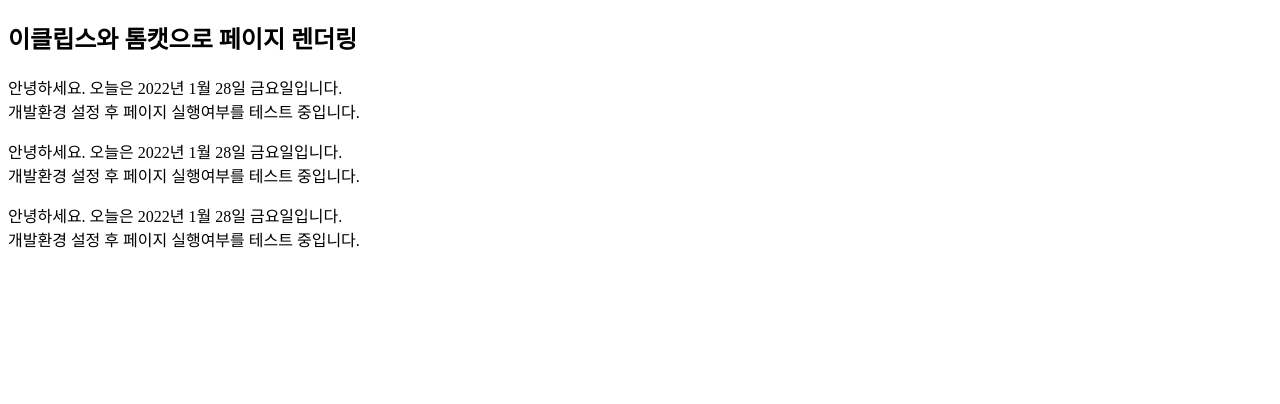
Repository: KindRichMan/jsp_practice
Page: http://localhost/JSPBasic/Hello.jsp
An editor plug-in stored every save of this project. The page is shown before and after the next save, followed by the edit.
The browser window is 1280 px wide. The pictures show the whole page.
The page is served by Tomcat 9.

Above is the page before, as saved 2022-01-28 02:05:20.

### JSPBasic/src/main/webapp/Hello.jsp
<%@ page language="java" contentType="text/html; charset=UTF-8"
    pageEncoding="UTF-8"%>
<!DOCTYPE html>
<html>
<head>
<meta charset="UTF-8">
<title>Insert title here</title>
</head>
<body>


   <h2>이클립스와 톰캣으로 페이지 렌더링</h2>
   <p>
      안녕하세요. 오늘은 2022년 1월 28일 금요일입니다.<br/>
      개발환경 설정 후 페이지 실행여부를 테스트 중입니다.
   </p>
    <p>
      안녕하세요. 오늘은 2022년 1월 28일 금요일입니다.<br/>
      개발환경 설정 후 페이지 실행여부를 테스트 중입니다.
   </p>
    <p>
      안녕하세요. 오늘은 2022년 1월 28일 금요일입니다.<br/>
      개발환경 설정 후 페이지 실행여부를 테스트 중입니다.
   </p>
</body>

</html>

After the next save:
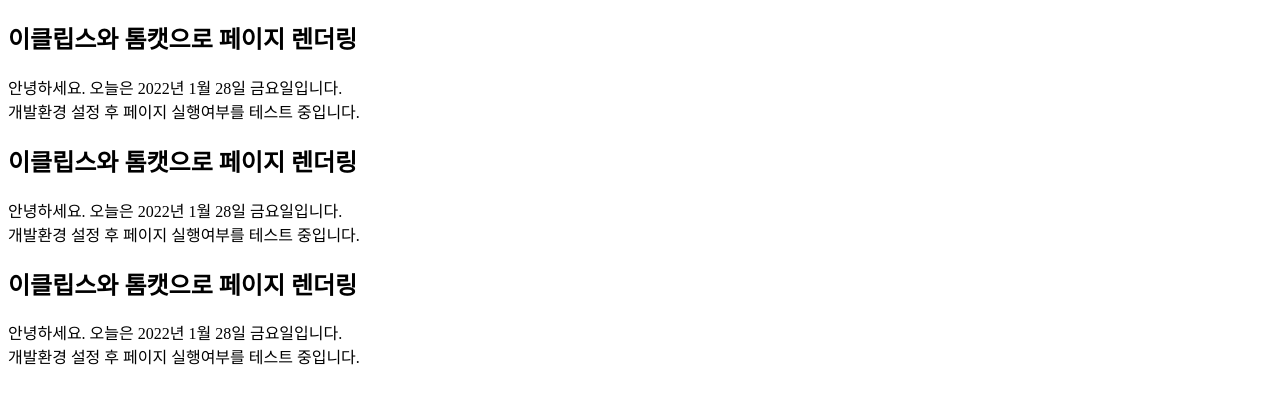
Saved 24 s later.
--- a/JSPBasic/src/main/webapp/Hello.jsp
+++ b/JSPBasic/src/main/webapp/Hello.jsp
@@ -14,11 +14,13 @@
       안녕하세요. 오늘은 2022년 1월 28일 금요일입니다.<br/>
       개발환경 설정 후 페이지 실행여부를 테스트 중입니다.
    </p>
-    <p>
+     <h2>이클립스와 톰캣으로 페이지 렌더링</h2>
+   <p>
       안녕하세요. 오늘은 2022년 1월 28일 금요일입니다.<br/>
       개발환경 설정 후 페이지 실행여부를 테스트 중입니다.
    </p>
-    <p>
+    <h2>이클립스와 톰캣으로 페이지 렌더링</h2>
+   <p>
       안녕하세요. 오늘은 2022년 1월 28일 금요일입니다.<br/>
       개발환경 설정 후 페이지 실행여부를 테스트 중입니다.
    </p>
